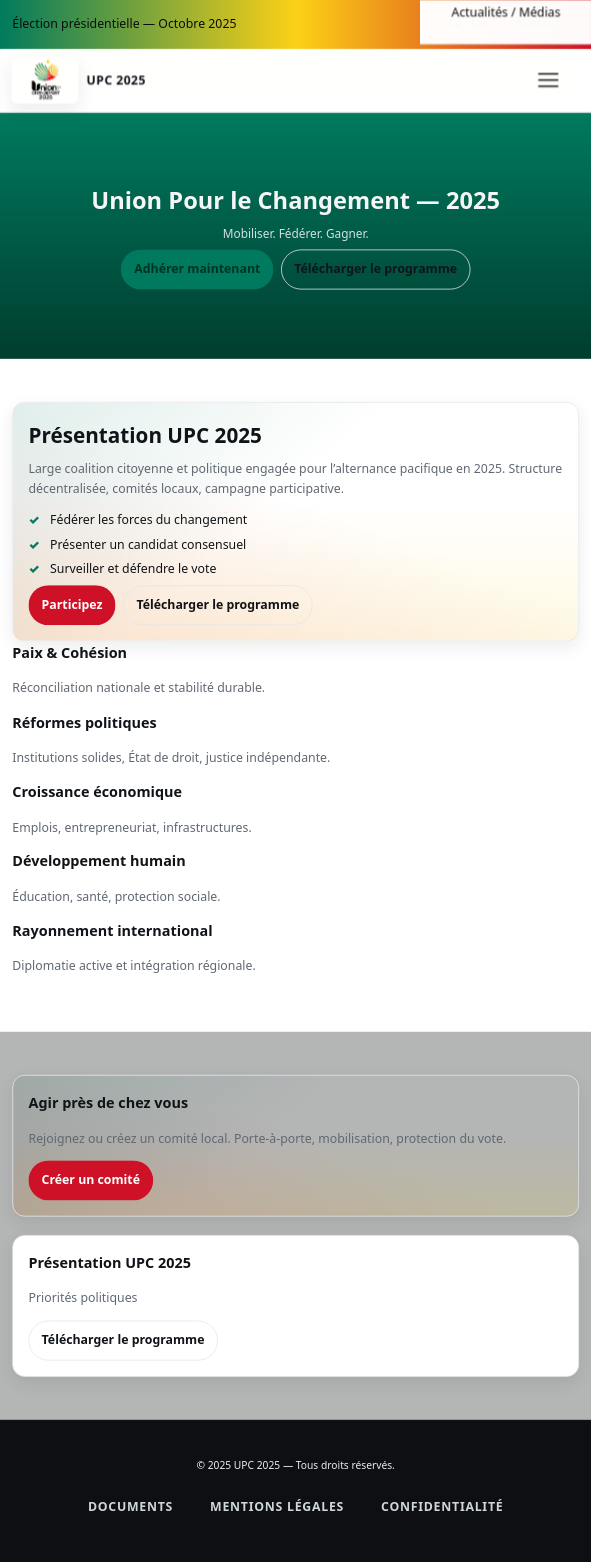
Repository: Kishny/upc2025
Page: index.html
The author's editor kept a copy of each file at every save. The page is drawn from the files as they stood at one save, then again after the next save.
The browser window is 768 px wide. The pictures show the whole page, at 77% of full size.

Above is the page before, as saved 2025-09-11 01:59:18.

After the next save:
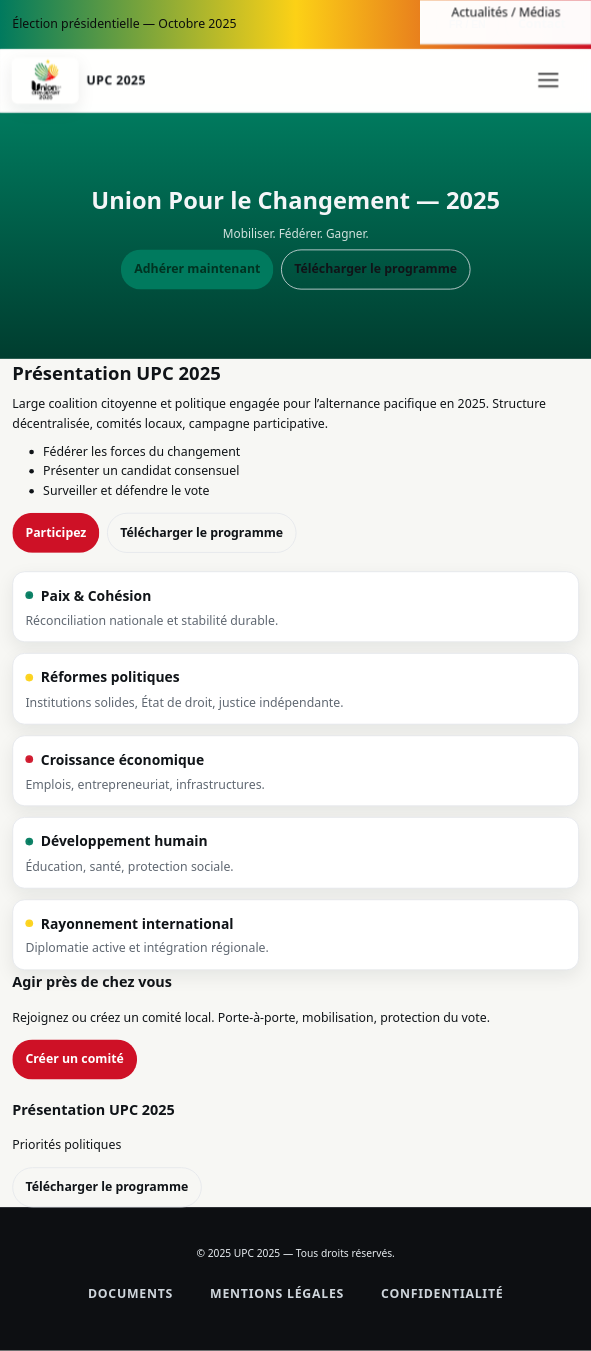
Saved 37 s later.
--- a/assets/css/styles.css
+++ b/assets/css/styles.css
@@ -310,73 +310,76 @@
 /* =========
    SECTIONS PROGRAMME(sur fond clair)
    ========= */
-.section {
-  padding: 56px 0;
+/* Programme : grille 2 colonnes (présentation | axes) */
+.program__grid {
+  display: grid;
+  grid-template-columns: 1.05fr 0.95fr;
+  gap: 24px;
+  align-items: start;
+}
+@media (max-width: 900px) {
+  .program__grid {
+    grid-template-columns: 1fr;
+  }
+}
+
+/* Liste des axes */
+.axis-list {
+  display: grid;
+  gap: 14px;
+}
+.axis-item {
   background: var(--surface);
-}
-.section--alt {
-  background: var(--surface-2);
-}
-.section h2 {
-  margin: 0 0 10px;
-  font-size: clamp(22px, 3.5vw, 32px);
-  color: var(--text);
-}
-.section p {
-  color: var(--muted);
-}
-
-/* Cartes */
-.card {
-  background: #fff;
   border: 1px solid var(--border);
   border-radius: var(--radius);
-  padding: 20px;
+  padding: 16px 16px 14px;
   box-shadow: var(--shadow);
-}
-.gradient-cm {
-  background: linear-gradient(140deg, rgba(0, 122, 94, 0.12), transparent 45%),
-    linear-gradient(20deg, rgba(206, 17, 38, 0.1), transparent 55%),
-    linear-gradient(0deg, rgba(252, 209, 22, 0.12), transparent 60%);
-}
-
-/* Listes */
-.checklist {
-  list-style: none;
-  padding: 0;
-  margin: 12px 0 0;
-}
-.checklist li {
-  padding-left: 28px;
-  position: relative;
-  margin: 6px 0;
-  color: var(--text);
-}
-.checklist li::before {
-  content: "✓";
-  position: absolute;
-  left: 0;
-  top: 0;
-  color: var(--cm-green);
-  font-weight: 900;
-}
-
-/* Grilles */
-.cards {
-  display: grid;
-  gap: 16px;
-  grid-template-columns: repeat(3, 1fr);
-}
-@media (max-width: 900px) {
-  .cards {
-    grid-template-columns: 1fr;
-  }
-}
-.card.doc:hover {
-  border-color: var(--cm-yellow);
-}
-.card.news h3 {
+  transition: transform 0.2s ease, box-shadow 0.2s ease, border-color 0.2s ease;
+}
+.axis-item:hover {
+  transform: translateY(-2px);
+  border-color: rgba(255, 255, 255, 0.18);
+  box-shadow: 0 12px 24px rgba(0, 0, 0, 0.25);
+}
+.axis-item h3 {
+  display: flex;
+  align-items: center;
+  gap: 10px;
   margin: 0 0 6px;
+  font-size: clamp(16px, 2.4vw, 18px);
+}
+.axis-item p {
+  margin: 0;
+  color: var(--muted);
+}
+
+/* Pastilles couleur 🇨🇲 */
+.axis-dot {
+  width: 10px;
+  height: 10px;
+  border-radius: 50%;
+  display: inline-block;
+  box-shadow: 0 0 0 3px rgba(255, 255, 255, 0.06) inset;
+}
+.axis--green {
+  background: var(--cm-green);
+}
+.axis--red {
+  background: var(--cm-red);
+}
+.axis--yellow {
+  background: var(--cm-yellow);
+}
+
+/* Harmonise la carte de gauche au même rythme visuel */
+#programme .card h2 {
+  margin: 0 0 8px;
+}
+#programme .card p {
+  margin: 0 0 8px;
+}
+#programme .checklist {
+  margin-top: 10px;
 }
 
 /* Candidat */

After the save that followed:
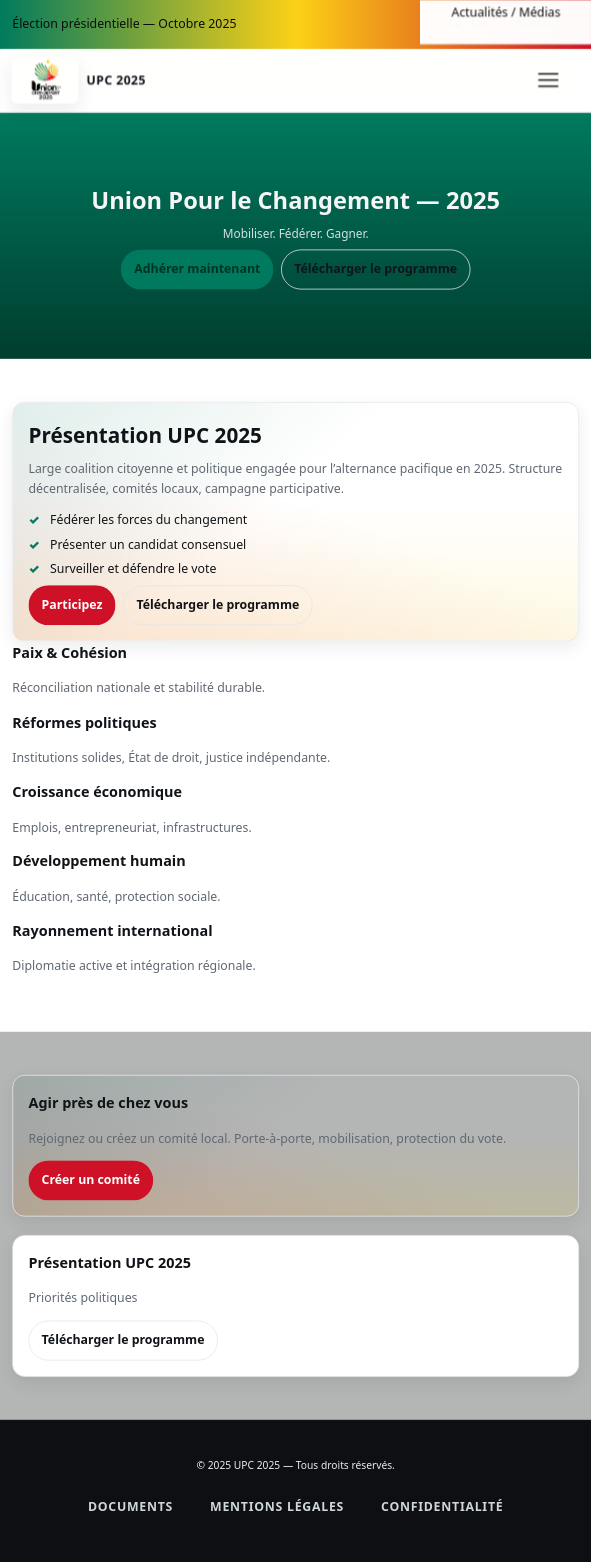
Saved 57 s later.
--- a/assets/css/styles.css
+++ b/assets/css/styles.css
@@ -310,76 +310,73 @@
 /* =========
    SECTIONS PROGRAMME(sur fond clair)
    ========= */
-/* Programme : grille 2 colonnes (présentation | axes) */
-.program__grid {
-  display: grid;
-  grid-template-columns: 1.05fr 0.95fr;
-  gap: 24px;
-  align-items: start;
-}
-@media (max-width: 900px) {
-  .program__grid {
-    grid-template-columns: 1fr;
-  }
-}
-
-/* Liste des axes */
-.axis-list {
-  display: grid;
-  gap: 14px;
-}
-.axis-item {
+.section {
+  padding: 56px 0;
   background: var(--surface);
+}
+.section--alt {
+  background: var(--surface-2);
+}
+.section h2 {
+  margin: 0 0 10px;
+  font-size: clamp(22px, 3.5vw, 32px);
+  color: var(--text);
+}
+.section p {
+  color: var(--muted);
+}
+
+/* Cartes */
+.card {
+  background: #fff;
   border: 1px solid var(--border);
   border-radius: var(--radius);
-  padding: 16px 16px 14px;
+  padding: 20px;
   box-shadow: var(--shadow);
-  transition: transform 0.2s ease, box-shadow 0.2s ease, border-color 0.2s ease;
-}
-.axis-item:hover {
-  transform: translateY(-2px);
-  border-color: rgba(255, 255, 255, 0.18);
-  box-shadow: 0 12px 24px rgba(0, 0, 0, 0.25);
-}
-.axis-item h3 {
-  display: flex;
-  align-items: center;
-  gap: 10px;
+}
+.gradient-cm {
+  background: linear-gradient(140deg, rgba(0, 122, 94, 0.12), transparent 45%),
+    linear-gradient(20deg, rgba(206, 17, 38, 0.1), transparent 55%),
+    linear-gradient(0deg, rgba(252, 209, 22, 0.12), transparent 60%);
+}
+
+/* Listes */
+.checklist {
+  list-style: none;
+  padding: 0;
+  margin: 12px 0 0;
+}
+.checklist li {
+  padding-left: 28px;
+  position: relative;
+  margin: 6px 0;
+  color: var(--text);
+}
+.checklist li::before {
+  content: "✓";
+  position: absolute;
+  left: 0;
+  top: 0;
+  color: var(--cm-green);
+  font-weight: 900;
+}
+
+/* Grilles */
+.cards {
+  display: grid;
+  gap: 16px;
+  grid-template-columns: repeat(3, 1fr);
+}
+@media (max-width: 900px) {
+  .cards {
+    grid-template-columns: 1fr;
+  }
+}
+.card.doc:hover {
+  border-color: var(--cm-yellow);
+}
+.card.news h3 {
   margin: 0 0 6px;
-  font-size: clamp(16px, 2.4vw, 18px);
-}
-.axis-item p {
-  margin: 0;
-  color: var(--muted);
-}
-
-/* Pastilles couleur 🇨🇲 */
-.axis-dot {
-  width: 10px;
-  height: 10px;
-  border-radius: 50%;
-  display: inline-block;
-  box-shadow: 0 0 0 3px rgba(255, 255, 255, 0.06) inset;
-}
-.axis--green {
-  background: var(--cm-green);
-}
-.axis--red {
-  background: var(--cm-red);
-}
-.axis--yellow {
-  background: var(--cm-yellow);
-}
-
-/* Harmonise la carte de gauche au même rythme visuel */
-#programme .card h2 {
-  margin: 0 0 8px;
-}
-#programme .card p {
-  margin: 0 0 8px;
-}
-#programme .checklist {
-  margin-top: 10px;
 }
 
 /* Candidat */
